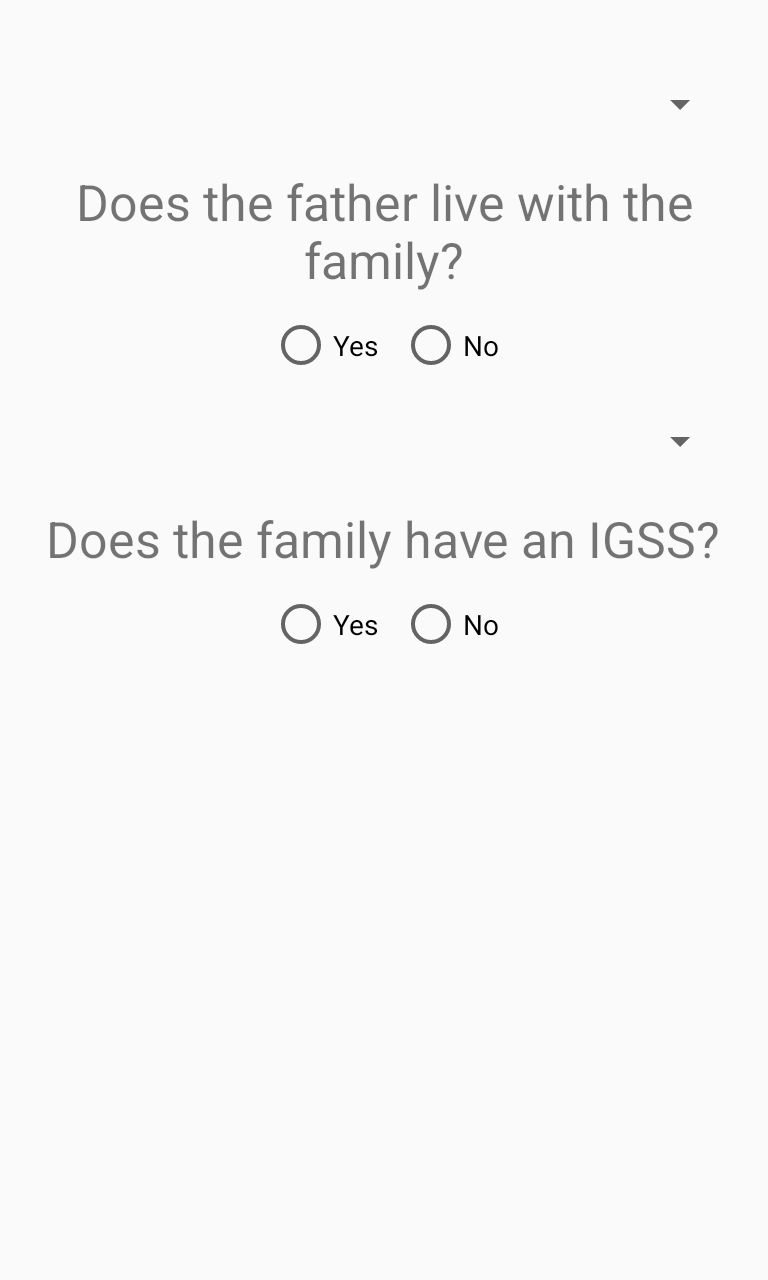
Repository: achavez812/GuatemalaProject2
Layout: GuateMedic-master/GuateMedic/res/layout/fragment_add_new_family_visit1.xml
The author's editor kept a copy of each file at every save. The layout is drawn from the files as they stood at one save, then again after the next save.
It is drawn on a 768 x 1280 px phone screen (xhdpi) without system bars, with theme AppTheme; the app's code is not run.

Above is the layout before, as saved 2014-07-06 09:17:33.

### GuateMedic-master/GuateMedic/res/layout/fragment_add_new_family_visit1.xml
<?xml version="1.0" encoding="utf-8"?>
<ScrollView xmlns:android="http://schemas.android.com/apk/res/android"
    android:layout_width="match_parent"
    android:layout_height="wrap_content">
	<LinearLayout
	    android:layout_width="match_parent"
	    android:layout_height="wrap_content"
	    android:gravity="center_horizontal"
	    android:padding="20dp"
	    android:orientation="vertical">
	    <Spinner
	        android:id="@+id/family_visit1_parent1_marital_status"
	        android:layout_width="match_parent"
	        android:layout_height="wrap_content"
	        android:layout_marginTop="20dp"/>

     	<TextView
         	android:id="@+id/family_visit1_father_lives_with_text"
         	android:layout_width="wrap_content"
         	android:layout_height="wrap_content"
         	android:gravity="center"
			android:layout_marginTop="20dp"
         	android:textSize="25sp"
         	android:text="Does the father live with the family?"/>

     	<LinearLayout
	        android:layout_width="match_parent"
	        android:layout_height="wrap_content"
	        android:layout_marginTop="10dp"
	        android:gravity="center_horizontal"
	        android:orientation="horizontal" >

	    	<RadioGroup
	    	    android:id="@+id/family_visit1_father_lives_with"
			    android:layout_width="wrap_content"
			    android:layout_height="wrap_content"
			    android:orientation="horizontal">

			    <RadioButton android:id="@+id/yes_father_lives_with"
			        android:layout_width="wrap_content"
			        android:layout_height="wrap_content"
			        android:layout_marginRight="10dp"
			        android:text="Yes"/>

			    <RadioButton android:id="@+id/no_father_lives_with"
			        android:layout_width="wrap_content"
			        android:layout_height="wrap_content"
			        android:text="No"/>

			</RadioGroup>

		</LinearLayout>


	  	<Spinner
	        android:id="@+id/family_visit1_fathers_job"
	        android:layout_width="match_parent"
	        android:layout_height="wrap_content"
	        android:layout_marginTop="20dp" />


	     <TextView android:id="@+id/family_visit1_igss_text"
	         android:layout_width="wrap_content"
	         android:layout_height="wrap_content"
	         android:gravity="center"
	         android:layout_marginTop="20dp"
	         android:textSize="25sp"
	         android:text="Does the family have an IGSS?" />

	   	<LinearLayout
	        android:layout_width="match_parent"
	        android:layout_height="wrap_content"
	        android:layout_marginTop="10dp"
	        android:gravity="center_horizontal"
	        android:orientation="horizontal" >

	    	<RadioGroup
	    	    android:id="@+id/family_visit1_igss"
			    android:layout_width="wrap_content"
			    android:layout_height="wrap_content"
			    android:orientation="horizontal">

			    <RadioButton android:id="@+id/yes_igss"
			        android:layout_width="wrap_content"
			        android:layout_height="wrap_content"
			        android:layout_marginRight="10dp"
			        android:text="Yes"/>

			    <RadioButton android:id="@+id/no_igss"
			        android:layout_width="wrap_content"
			        android:layout_height="wrap_content"
			        android:text="No"/>

			</RadioGroup>

		</LinearLayout>

	</LinearLayout>
</ScrollView>

### GuateMedic-master/GuateMedic/res/values/styles.xml
<resources xmlns:android="http://schemas.android.com/apk/res/android">

    <!--
        Base application theme, dependent on API level. This theme is replaced
        by AppBaseTheme from res/values-vXX/styles.xml on newer devices.
    -->

    <!-- Application theme. -->
    <style name="AppTheme" parent="@style/Theme.AppCompat.Light.DarkActionBar">
        <!-- All customizations that are NOT specific to a particular API-level can go here. -->
    	<item name="android:typeface">sans</item>
        <item name="actionBarStyle">@style/MyActionBar</item>
    	<item name="android:actionBarStyle">@style/MyActionBar</item>
    	<item name="android:actionOverflowButtonStyle">@style/OverFlow</item>
    	<item name="android:popupMenuStyle">@style/MyPopupMenu</item>
    	<item name="popupMenuStyle">@style/MyPopupMenu</item>
        <item name="android:panelBackground">#004d6b</item>
         <item name="android:itemTextAppearance">@style/myCustomMenuTextApearance</item>

    </style>
       <style name="myCustomMenuTextApearance" parent="@android:style/TextAppearance.Widget.IconMenu.Item">
        <item name="android:textColor">#FFFFFF</item>
        <item name="android:textSize">20sp</item>

    </style>
    <style name="MyActionBar" parent="@style/Widget.AppCompat.Light.ActionBar.Solid.Inverse">
        <item name="android:background">#004d6b</item>
        <item name="android:titleTextStyle">@style/TitleText</item>



    </style>

    <style name ="MyPopupMenu" parent="android:Theme.Holo.Light">
        <item name="android:popupBackground">#004d6b</item>
    </style>

    <style name="OverFlow" parent="@android:style/Widget.Holo.ActionButton.Overflow">
    	<item name="android:src">@drawable/ic_action_overflow</item>
	</style>
    <style name="TitleText">
        <item name="android:textColor">#FFFFFF</item>
        <item name="android:typeface">sans</item>
        <item name="android:textSize">30sp</item>

    </style>
	<!--
	<style name="HomePage" parent="AppTheme">
	<item name="android:background"> @drawable/guatemala_home_bg </item>
	</style>
	    -->





</resources>

After the next save:
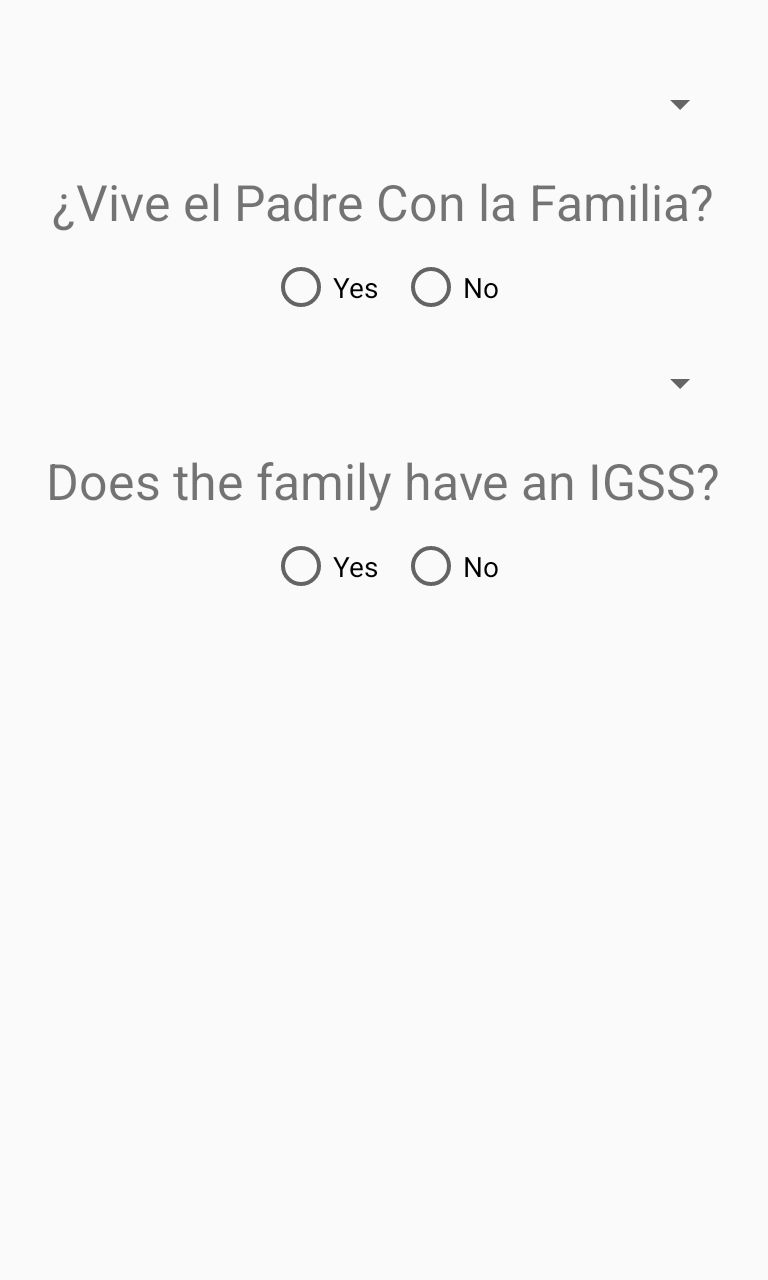
Saved 73 s later.
--- a/GuateMedic-master/GuateMedic/res/layout/fragment_add_new_family_visit1.xml
+++ b/GuateMedic-master/GuateMedic/res/layout/fragment_add_new_family_visit1.xml
@@ -21,7 +21,7 @@
          	android:gravity="center"
 			android:layout_marginTop="20dp"
          	android:textSize="25sp"
-         	android:text="Does the father live with the family?"/>
+         	android:text="¿Vive el Padre Con la Familia?"/>
 
      	<LinearLayout
 	        android:layout_width="match_parent"
